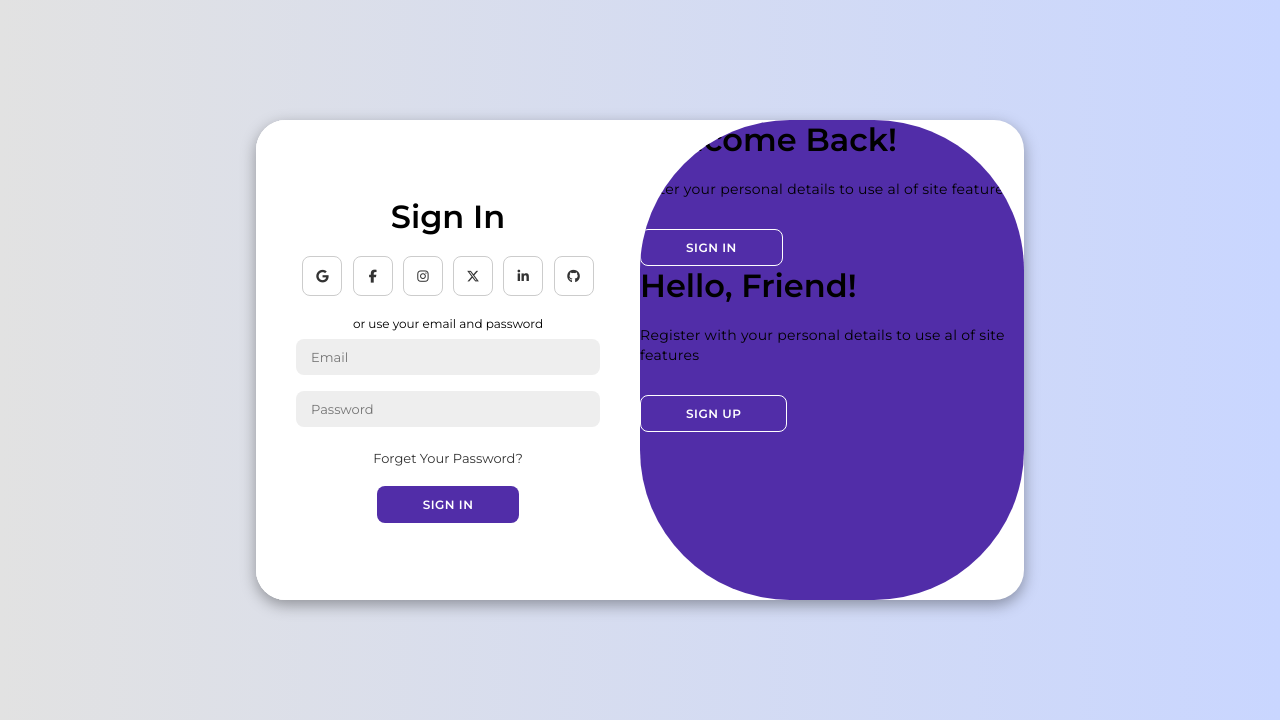
Repository: DevMike1993/Animated_Login_Page
Page: index.html
An editor plug-in stored every save of this project. The page is shown before and after the next save, followed by the edit.
The browser window is 1280 px wide. The pictures show the whole page.

Above is the page before, as saved 2023-12-17 22:18:38.
Not found: script.js

### index.html
<!DOCTYPE html>
<html lang="en">
<head>
    <meta charset="UTF-8">
    <meta name="viewport" content="width=device-width, initial-scale=1.0">
    <link rel="stylesheet" href="https://cdnjs.cloudflare.com/ajax/libs/font-awesome/6.5.1/css/all.min.css">
    <link rel="stylesheet" href="style.css">
    <title>Animated Login Page</title>
</head>
<body>

    <div class="container" id="container">
        <div class="form-container sign-up">
            <form>
                <h1>Create Account</h1>
                <div class="social-icons">
                    <a href="#" class="icon"><i class="fa-brands fa-google"></i></a>
                    <a href="#" class="icon"><i class="fa-brands fa-facebook-f"></i></a>
                    <a href="#" class="icon"><i class="fa-brands fa-instagram"></i></a>
                    <a href="#" class="icon"><i class="fa-brands fa-x-twitter"></i></a>
                    <a href="#" class="icon"><i class="fa-brands fa-linkedin-in"></i></a>
                    <a href="#" class="icon"><i class="fa-brands fa-github"></i></a>
                </div>
                <span>or use your email for registration</span>
                <input type="text" placeholder="Name">
                <input type="email" placeholder="Email">
                <input type="password" placeholder="Password">
                <button>Sign Up</button>
            </form>
        </div>
        <div class="form-container sign-in">
            <form>
                <h1>Sign In</h1>
                <div class="social-icons">
                    <a href="#" class="icon"><i class="fa-brands fa-google"></i></a>
                    <a href="#" class="icon"><i class="fa-brands fa-facebook-f"></i></a>
                    <a href="#" class="icon"><i class="fa-brands fa-instagram"></i></a>
                    <a href="#" class="icon"><i class="fa-brands fa-x-twitter"></i></a>
                    <a href="#" class="icon"><i class="fa-brands fa-linkedin-in"></i></a>
                    <a href="#" class="icon"><i class="fa-brands fa-github"></i></a>
                </div>
                <span>or use your email and password</span>
                <input type="email" placeholder="Email">
                <input type="password" placeholder="Password">
                <a href="#">Forget Your Password?</a>
                <button>Sign In</button>
            </form>
        </div>
        <div class="toggle-container">
            <div class="toggle">
                <div class="toggle-panel toggle-left">
                    <h1>Welcome Back!</h1>
                    <p>Enter your personal details to use al of site features</p>
                    <button class="hidden" id="login">Sign In</button>
                </div>
                <div class="toggle-panel toggle-right">
                    <h1>Hello, Friend!</h1>
                    <p>Register with your personal details to use al of site features</p>
                    <button class="hidden" id="register">Sign Up</button>
                </div>
            </div>
        </div>
    </div>

    <script src="script.js"></script>
</body>
</html>

### style.css
@import url('https://fonts.googleapis.com/css2?family=Montserrat:ital,wght@0,200;0,300;0,400;0,500;0,600;1,200;1,300&family=Poppins&display=swap');

*{
    margin: 0;
    padding: 0;
    box-sizing: border-box;
    font-family: "Montserrat", sans-serif;
}

body{
    background-color: #c9d6ff;
    background: linear-gradient(to right, #e2e2e2, #c9d6ff);
    display: flex;
    align-items: center;
    justify-content: center;
    flex-direction: column;
    height: 100vh;
}

.container{
    background-color: #fff;
    border-radius: 30px;
    box-shadow: 0 5px 15px rgba(0, 0, 0, 0.35);
    position: relative;
    overflow: hidden;
    width: 768px;
    max-width: 100%;
    min-height: 480px;
}

.container p{
    font-size: 14px;
    line-height: 20px;
    letter-spacing: 0.3px;
    margin: 20px 0;
}

.container span{
    font-size: 12px;
}

.container a{
    color: #333;
    font-size: 13px;
    text-decoration: none;
    margin: 15px 0 10px;
}

.container button{
    background-color: #512da8;
    color: #fff;
    font-size: 12px;
    padding: 10px 45px;
    border: 1px solid transparent;
    border-radius: 8px;
    font-weight: 600;
    letter-spacing: 0.5px;
    text-transform: uppercase;
    margin-top: 10px;
    cursor: pointer;
}

.container button.hidden{
    background-color: transparent;
    border-color: #fff;
}

.container form{
    background-color: #fff;
    display: flex;
    align-items: center;
    justify-content: center;
    flex-direction: column;
    padding: 0 40px;
    height: 100%;
}

.container input{
    background-color: #eee;
    border: none;
    margin: 8px 0;
    padding: 10px 15px;
    font-size: 13px;
    border-radius: 8px;
    width: 100%;
    outline: none;
}

.form-container{
    position: absolute;
    top: 0;
    height: 100%;
    transition: all 0.6s ease-in-out;
}

.sign-in{
    left: 0;
    width: 50%;
    z-index: 2;
}

.container.active .sign-in{
    transform: translateX(100%);
}

.sing-up{
    left: 0;
    width: 50%;
    opacity: 0;
    z-index: 1;
}

.container.active sing-up{
    transform: translateX(100%);
    opacity: 1;
    z-index: 5;
    animation: move 0.6s;
}

@keyframes move{
    0%, 49.99%{
        opacity: 0;
        z-index: 1;
    }
    50%, 100%{
        opacity: 1;
        z-index: 5;
    }
}

.social-icons{
    margin: 20px 0;
}

.social-icons a{
    border: 1px solid #ccc;
    border-radius: 20%;
    display: inline-flex;
    justify-content: center;
    align-items: center;
    margin: 0 3px;
    width: 40px;
    height: 40px;
}

.toggle-container{
    position: absolute;
    top: 0;
    left: 50%;
    width: 50%;
    height: 100%;
    overflow: hidden;
    transition: all 0.6s ease-in-out;
    border-radius: 150px;
    z-index: 1000;
}

.container.active .toggle-container{
    transform: translateX(-100%);
}

.toggle{
    background-color: #512da8;
    height: 100%;
}

After the next save:
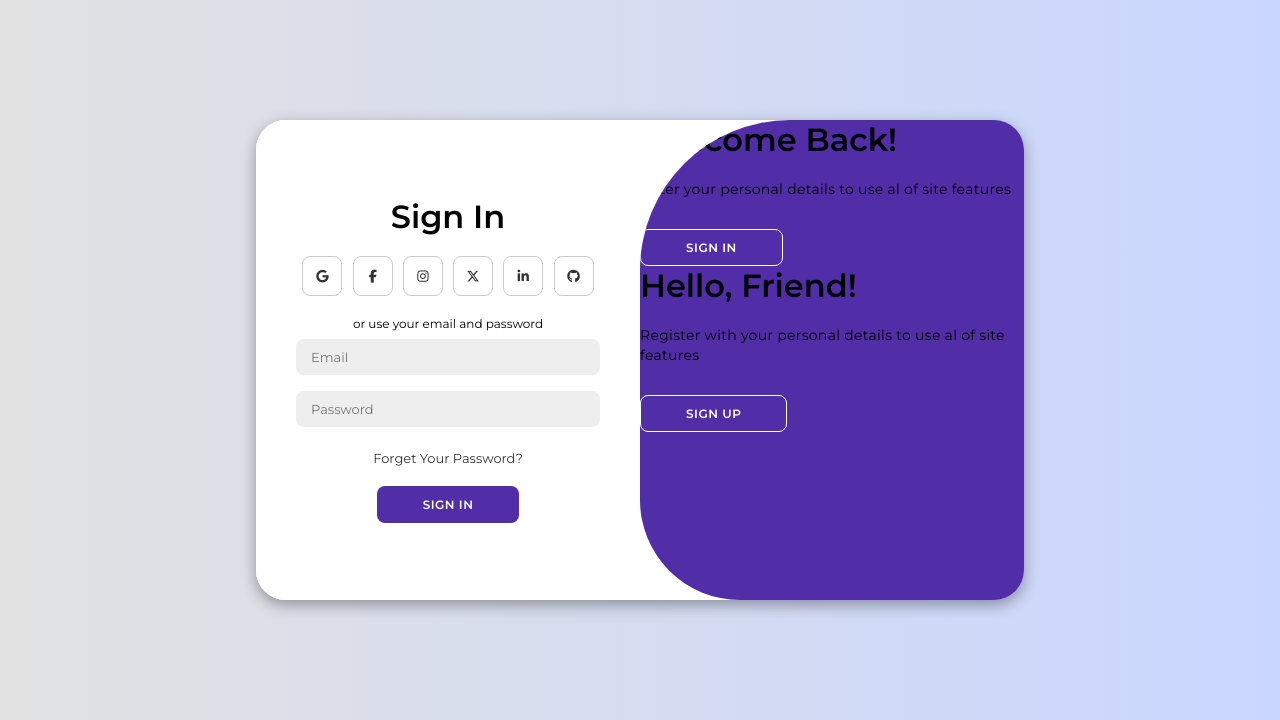
Saved 10 s later.
--- a/style.css
+++ b/style.css
@@ -151,7 +151,7 @@ body{
     height: 100%;
     overflow: hidden;
     transition: all 0.6s ease-in-out;
-    border-radius: 150px;
+    border-radius: 150px 0 0 100px;
     z-index: 1000;
 }
 
